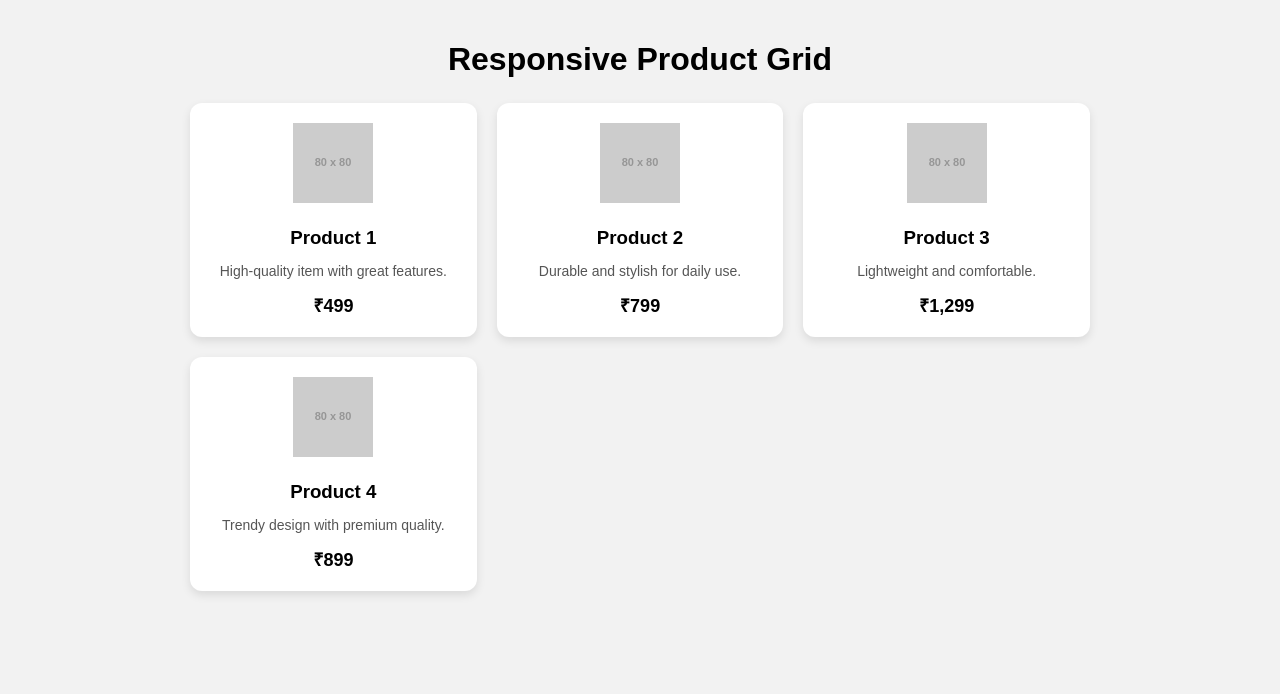
Repository: Glory998/ELCE1-32
Page: experiment9(i).html
These files come from the project's save history. The page is drawn as it stood at one moment and after the next save; the edit follows.
The browser window is 1280 px wide. The pictures show the whole page.

Above is the page before, as saved 2025-12-20 11:18:03.

### experiment9(i).html
<!DOCTYPE html>
<html lang="en">
<head>
<meta charset="UTF-8">
<title>Responsive Product Grid</title>

<style>
    body {
        font-family: Arial, sans-serif;
        background: #f2f2f2;
        margin: 0;
        padding: 20px;
    }

    h1 {
        text-align: center;
        margin-bottom: 25px;
    }

    /* Grid */
    .product-grid {
        display: grid;
        grid-template-columns: repeat(auto-fit, minmax(250px, 1fr));
        gap: 20px;
        max-width: 900px;
        margin: auto;
    }

    /* Card */
    .product {
        background: #fff;
        padding: 20px;
        border-radius: 12px;
        text-align: center;
        box-shadow: 0 4px 10px rgba(0,0,0,0.1);
        transition: 0.3s;
    }

    .product:hover {
        transform: translateY(-5px);
    }

    .product img {
        width: 80px;
        margin-bottom: 10px;
    }

    .product h3 {
        margin: 10px 0;
    }

    .product p {
        color: #555;
        font-size: 14px;
    }

    .price {
        font-size: 18px;
        font-weight: bold;
        margin-top: 8px;
    }
</style>
</head>

<body>

<h1>Responsive Product Grid</h1>

<div class="product-grid">

    <div class="product">
        <img src="https://via.placeholder.com/80">
        <h3>Product 1</h3>
        <p>High-quality item with great features.</p>
        <div class="price">₹499</div>
    </div>

    <div class="product">
        <img src="https://via.placeholder.com/80">
        <h3>Product 2</h3>
        <p>Durable and stylish for daily use.</p>
        <div class="price">₹799</div>
    </div>

    <div class="product">
        <img src="https://via.placeholder.com/80">
        <h3>Product 3</h3>
        <p>Lightweight and comfortable.</p>
        <div class="price">₹1,299</div>
    </div>

    <div class="product">
        <img src="https://via.placeholder.com/80">
        <h3>Product 4</h3>
        <p>Trendy design with premium quality.</p>
        <div class="price">₹899</div>
    </div>

</div>

</body>
</html>

After the next save:
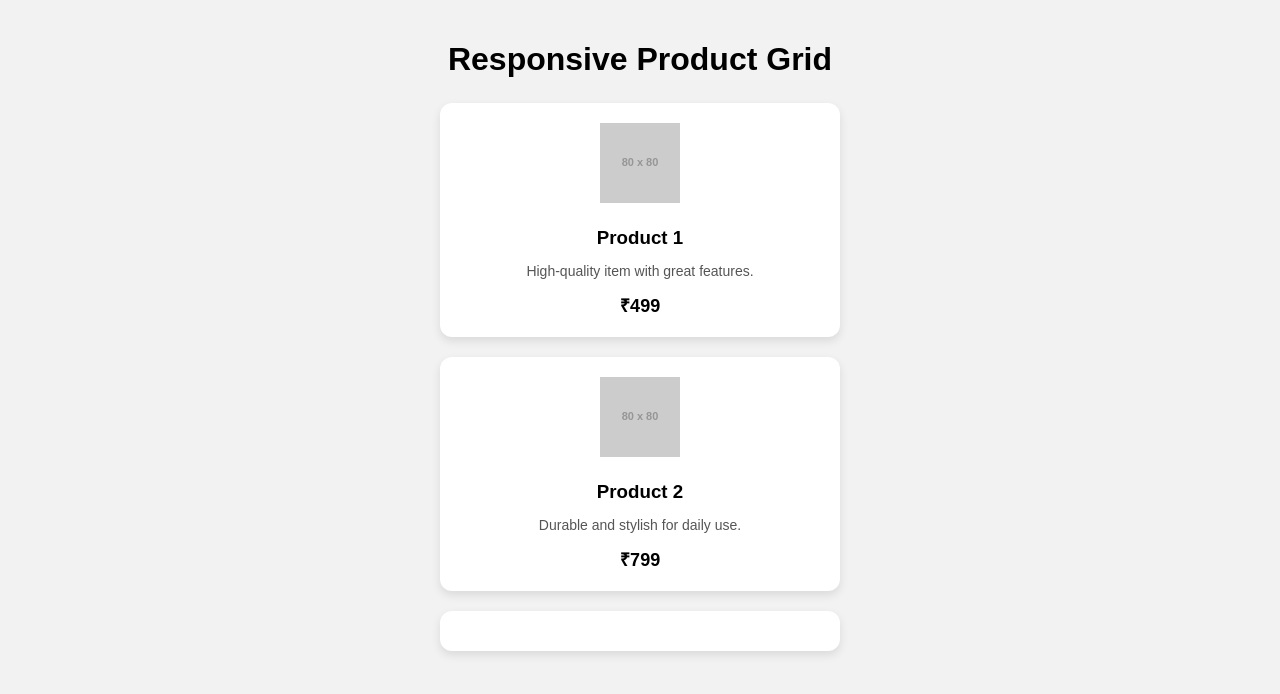
Saved 98 s later.
--- a/experiment9(i).html
+++ b/experiment9(i).html
@@ -17,27 +17,20 @@
         margin-bottom: 25px;
     }
 
-    /* Grid */
     .product-grid {
         display: grid;
-        grid-template-columns: repeat(auto-fit, minmax(250px, 1fr));
+        grid-template-columns: 1fr;   /* FIXED SINGLE COLUMN */
         gap: 20px;
-        max-width: 900px;
+        max-width: 400px;
         margin: auto;
     }
 
-    /* Card */
     .product {
         background: #fff;
         padding: 20px;
         border-radius: 12px;
         text-align: center;
         box-shadow: 0 4px 10px rgba(0,0,0,0.1);
-        transition: 0.3s;
-    }
-
-    .product:hover {
-        transform: translateY(-5px);
     }
 
     .product img {
@@ -83,20 +76,4 @@
     </div>
 
     <div class="product">
-        <img src="https://via.placeholder.com/80">
-        <h3>Product 3</h3>
-        <p>Lightweight and comfortable.</p>
-        <div class="price">₹1,299</div>
-    </div>
-
-    <div class="product">
-        <img src="https://via.placeholder.com/80">
-        <h3>Product 4</h3>
-        <p>Trendy design with premium quality.</p>
-        <div class="price">₹899</div>
-    </div>
-
-</div>
-
-</body>
-</html>
+        <img src="https://
